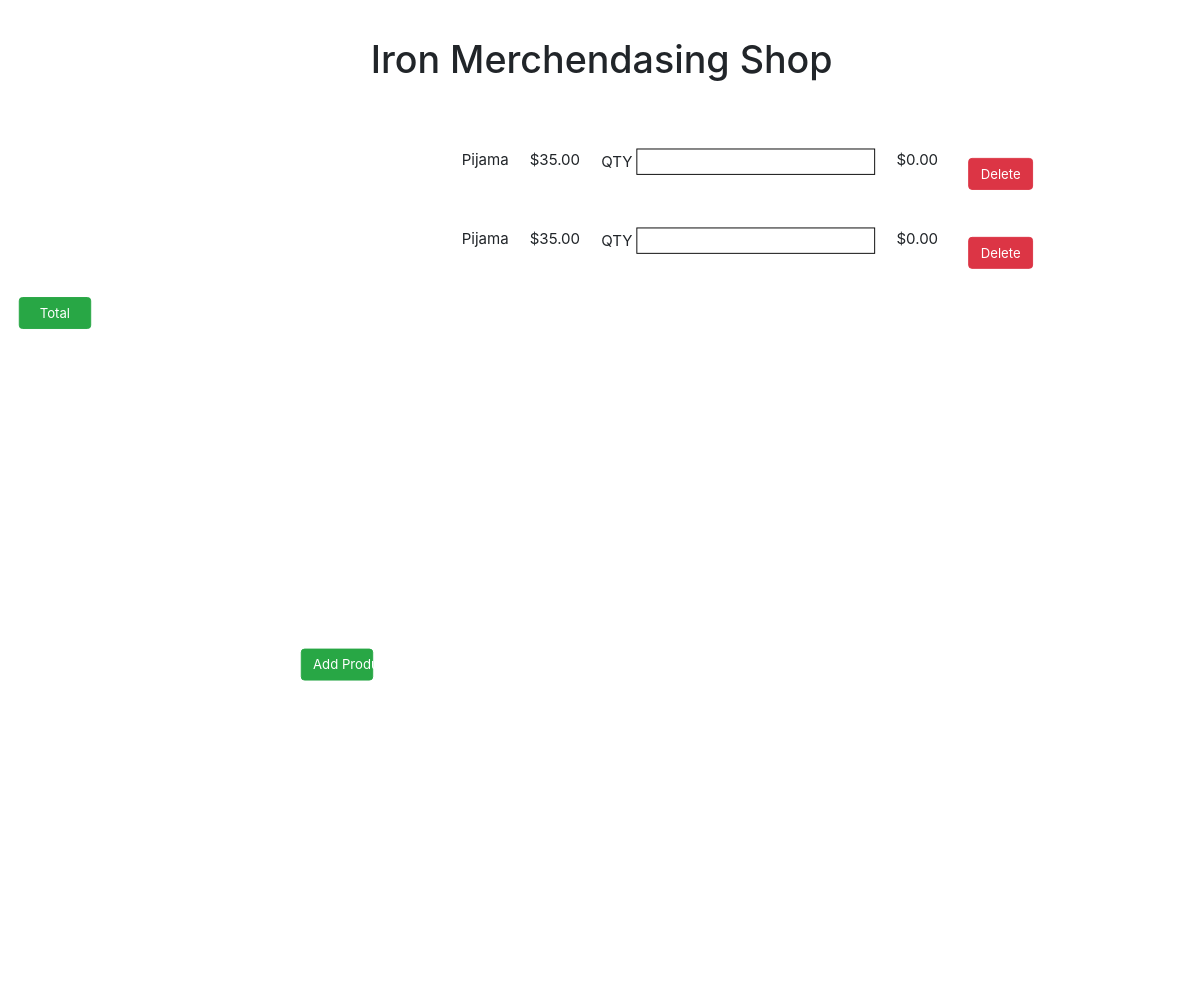
Repository: konstantin0s/lab-cart-DOM
Page: index.html
An editor plug-in stored every save of this project. The page is shown before and after the next save, followed by the edit.
The browser window is 1280 px wide. The pictures show the whole page, at 94% of full size.
Some web libraries are served in a nearby version.

Above is the page before, as saved 2019-02-03 09:44:39.
Console error: ReferenceError: getTotalPrice is not defined

### index.html
<!DOCTYPE html>
<html lang="en">
<head>
  <meta charset="UTF-8">
  <meta name="viewport" content="width=device-width, initial-scale=1.0">
  <meta http-equiv="X-UA-Compatible" content="ie=edge">
  <link rel="stylesheet" href="https://cdnjs.cloudflare.com/ajax/libs/normalize/5.0.0/normalize.min.css">
  <link rel="stylesheet" href="./css/style.css">
  <link rel="stylesheet" href="https://stackpath.bootstrapcdn.com/bootstrap/4.2.1/css/bootstrap.min.css">
  <title>Ironhack cart</title>
</head>

<body>
  <h1  class="title">Iron Merchendasing Shop</h1>
<!--
  <div class="container mt-4" id="amess">
    <h1 class="display-4 text-center">
      <i class="fas fa-book-open text-primary"></i>
      My <span class="text-primary">Products</span>List
      </h1>
      <form action="" id="product-form">
        <div class="form-group">
          <label for="product">Product</label>
          <input id="newProd" class="form-control" type="text">
        </div>
        <div class="form-group">
          <label for="price">$:</label>
          <input id="newPrice" class="form-control" type="text">
        </div>
        <div class="form-group">
          <label for="quantity">QTY</label>
          <input id="newQty" class="form-control" type="text">
        </div>
        <input type="submit" value="Add Product"
          class="btn btn-primary btn-block">
     </form>
        <table class="table table-striped">
          <thead>
            <tr>
              <th>Product:</th>
              <th class="fPrice">Price:</th>
              <th class="fQua">Quantity:</th>
              <th class="fTotal">Total:</th>
              <th></th>
            </tr>
          </thead>
            <tbody id="product-list"></tbody>
          </table>
  </div>   -->


  <div id="container">

      <div class="product">
        <div class="name">
          <span>Pijama</span>
        </div>
        <div class="price">
          $<span>35.00</span>
        </div>
        <div>
          <label>QTY</label>
          <input type="number" name="quantity" class="quantity">
        </div>
        <div class="sum">
          $<span>0.00</span>
        </div>
        <div class="remove">
            <button class="button btn-danger" type="button">Delete</button>
        </div>
      </div>

      <div class="product">
          <div class="name">
            <span>Pijama</span>
          </div>
          <div class="price">
            $<span>35.00</span>
          </div>
          <div>
            <label>QTY</label>
            <input type="number" name="quantity" class="quantity">
          </div>
          <div class="sum">
            $<span>0.00</span>
          </div>
          <div class="remove">
              <button class="button btn-danger" type="button">Delete</button>
          </div>
        </div>


    </div>

        <div class="container-2"></div>
     <div class="addBC-container">
      <div class="calculate">
         <button type="button" class="button btn-success" id="calc-prices-button">Total</button>
      </div>

    <div class="addPBtn">
      <button type="button" class="button btn-success" id="addExtra">Add Product</button>
    </div>

    <div class="newRowItems">

    </div>
    </div>
  </div>


      <script type="text/javascript" src="./js/index.js"></script>

</body>
</html>

### css/style.css

body{
  overflow-x: hidden;
}

.title {
  text-align: center;
  padding: 40px;
}

.container {
  display: flex;
  flex-direction: row;
}

input {
  border: solid 1px black;
}

.product {
  display: flex;
  flex-direction: row;
  justify-content: space-around;
  width: 50%;
  margin: 30px 0 0 480px;
}

.button {
  display: inline-block;
  padding: 6px 12px;
  margin-bottom: 0;
  font-size: 14px;
  font-weight: 400;
  line-height: 1.42857143;
  text-align: center;
  white-space: nowrap;
  vertical-align: middle;
  -ms-touch-action: manipulation;
  touch-action: manipulation;
  cursor: pointer;
  -webkit-user-select: none;
  -moz-user-select: none;
  -ms-user-select: none;
  user-select: none;
  background-image: none;
  border: 1px solid transparent;
  border-radius: 4px;
}

.btn-success {
    color: #fff;
    background-color: #5cb85c;
    border-color: #4cae4c;
}

.cost-1 {
  margin: 10px;

}

.input {
  margin: 10px;
}

.totalP-1 {
  margin: 10px;
}

.container-2 {
  display: flex;

}

/* add total & product container */
.addBC-container {
    display: flex;
    flex-direction: column;
}

/* Add new product button*/
.addPBtn {
  margin: 320px;
  display: flex;
  flex-direction: column;
  width: 6%;
}

/* total button*/
.calculate {
  margin: 20px;
  display: flex;
  flex-direction: column;
  width: 6%;
}

.remove {
  margin: 10px;
}

.btn-danger {
    color: #fff;
    background-color: #CF000F;
    border-color: #CF000F;
}

/* .quantity {
  margin: 0px 5px;
  height: 30px;
} */
/*
.newRowItems {
  display: flex;
  flex-direction: column;

}

.newRowItems p{
 position: relative;
 top: -40px;
 left: 175px;
}

.newRowItems .sexy{
  position: relative;
  top: -2x;
  left: 20px;
 }
 .newRowItems .quan {
  position: relative;
  top: -130px;
  left: 460px;
}

 .newRowItems input{
  position: relative;
  top: -91px;
  left: 190px;
 }


 .newRowItems .inputQua{
  position: relative;
  top: -80px;
  left: 380px;
 }

  .newRowItems .defPrice{
  position: relative;
  top: -210px;
  left: 845px;
 } */

 /* style new added new products*/
 /* #amess {
   display:flex;
   width:50%;
   height: 500px;
   flex-direction: column;
   /* align-items: center; */
   /* margin-bottom: 300px;
   left: -400px;
 } */

/*
.newRowItems button {
  position: relative;
  top: -253px;
  left: 890px;
  width: 70px;
  display: inline-block;
  padding: 6px 12px;
  margin-bottom: 0;
  font-size: 14px;
  font-weight: 400;
  line-height: 1.42857143;
  text-align: center;
  white-space: nowrap;
  vertical-align: middle;
  -ms-touch-action: manipulation;
  touch-action: manipulation;
  cursor: pointer;
  -webkit-user-select: none;
  -moz-user-select: none;
  -ms-user-select: none;
  user-select: none;
  background-image: none;
  border: 1px solid transparent;
  border-radius: 4px;

} */

### js/index.js

  document.getElementById("calc-prices-button").addEventListener("click", getTotalPrice);
  document.getElementById("addExtra").addEventListener("click", createNewItemRow);
  // document.getElementById("addExtra").addEventListener("click", createQuantityNode);
  // document.getElementById("addExtra").addEventListener("click", createQuantityInput);
  // document.getElementById("addExtra").addEventListener("click", getPriceByProduct);
  document.getElementById("addExtra").addEventListener("click",   createDeleteButton);
  // document.getElementById("calc-prices-button").addEventListener("click", calculatePriceProducts);

//         var clickedElement = event.target;
//         var parentElement = event.target.parentElement;

//         Retrieves the unit price of the productv
// Retrieves the quantity of items desired
// Calculates the total price based on this data
// Updates the total price in the DOM
// getPriceByProduct();

// var productsArray = document.getElementById('form').elements;
// // var productsArray = [...document.getElementById('form').children).elements];
// console.log(productsArray);

// function calculatePriceProducts() {
//   var result = 0;
//   productsArray.forEach(function(index) {
//     var priceItem = document.getElementsByClassName("cost-" + index.toString()).value;
//     var num = parseFloat(priceItem.replace(/[^0-9.]/g, ""));
//     var quantity = document.getElementsByClassName("total-" + index.toString()).value;
//     quantity = parseInt(quantity);
//     var total = quantity * num;
//     document.getElementsByClassName("totalP-" + num.toString()).innerHTML = total;
//     result += total;
//   })
//   document.getElementsByClassName("price2").textContext = result;
// }




function deleteItem(e){

}

function getPriceByProduct(itemNode){
  // var h5 = document.createElement("H5");                       // Create a <p> element
  // itemNode = document.createTextNode("$0 ");
  // h5.className = 'defPrice';     // Create a text node
  // h5.appendChild(itemNode);                                          // Append the text to <p>
  // document.getElementsByClassName("newRowItems")[0].appendChild(h5);
}


function updatePriceByProduct(productPrice, index){

}

// function getTotalPrice(result) {
//    var getQuantity = parseInt(document.getElementById('costUnit').value);
//    var getInput = parseInt(document.getElementById('quantity').value);
//    var result = getQuantity * getInput;

// //    var elements = document.getElementById("my-form").elements;
// //    for (var i = 0; i < elements.length; i++) {

// // }

//     if (!result) {
//     document.getElementsByClassName("totalP-1")[0].innerHTML = "Add Num";
//   } else {
//     document.getElementsByClassName("totalP-1")[0].innerHTML = "Total price is = $" + result;
//   }
// }




function createQuantityInput() {
// var label = document.createElement("LABEL");
// label.className = 'inputQua';
// var quaInput = document.createElement("INPUT");
// label.appendChild(quaInput);
// document.getElementsByClassName('newRowItems')[0].appendChild(label);
}

function createDeleteButton(){
// var button = document.createElement("BUTTON");
// button.className = 'button btn-delete';
// var quaDel = document.createTextNode("Delete");
// button.appendChild(quaDel);
// document.getElementsByClassName('newRowItems')[0].appendChild(button);
}

function createQuantityNode(){
  // var h5 = document.createElement("H5");
  // h5.className = 'quan';                       // Create a <p> element
  // var quaNode = document.createTextNode("Quantity: ");      // Create a text node
  // h5.appendChild(quaNode);                                          // Append the text to <p>
  // document.getElementsByClassName("newRowItems")[0].appendChild(h5);
}

function createItemNode(dataType, itemData){

}

function createNewItemRow(itemName, itemUnitPrice){
  // var h5 = document.createElement("H5");                       // Create a <p> element
  // itemName = document.createTextNode("Sexy Shirt: ");
  // h5.className = 'sexy';     // Create a text node
  // h5.appendChild(itemName);                                          // Append the text to <p>
  // document.getElementsByClassName("newRowItems")[0].appendChild(h5);

  // var label = document.createElement("LABEL");
  // var par = document.createElement("P");                       // Create a <p> element
  // var dollar = document.createTextNode("$");
  // par.appendChild(dollar);
  // itemUnitPrice = document.createElement("INPUT");
  // label.appendChild(itemUnitPrice);
  // document.getElementsByClassName('newRowItems')[0].appendChild(par);
  // document.getElementsByClassName('newRowItems')[0].appendChild(label);

}

function createNewItem(){

}

// window.onload = function(){
//   var calculatePriceButton = document.getElementById('calc-prices-button');
//   var createItemButton = document.getElementById('new-item-create');
//   var deleteButtons = document.getElementsByClassName('btn-delete');

//   calculatePriceButton.onclick = getTotalPrice;
//   createItemButton.onclick = createNewItem;

//   for(var i = 0; i<deleteButtons.length ; i++){
//     deleteButtons[i].onclick = deleteItem;
//   }
// };




// class Product {
//   constructor(name, price, quantity) {
//     this.name = name;
//     this.price = price;
//     this.quantity = quantity;
//   }
// }

// //local storage
// class Store {
//   static getProducts() {
//     var products;
//     if (localStorage.getItem('products') === null) {
//       products = [];
//     } else {
//       products = JSON.parse(localStorage.getItem('products'));
//     }

//     return products;
//   }

//   static addProduct(product) {
//      var products = Store.getProducts();
//        products.push(product);
//        localStorage.setItem('products', JSON.stringify(products));
//   }

//   static removeProduct(quantity) {
//     var products = Store.getProducts();
//     products.forEach((product, index) => {
//       if (product.quantity === quantity) {
//         products.splice(index, 1);
//       }
//     });

//     localStorage.setItem('products', JSON.stringify(products));

//   }
// }

// class UI {
//   static displayProducts() {

//      const products = Store.getProducts();

//      products.forEach((product) => UI.addProductToList(product));

//      }
//      static addProductToList(product) {
//       var list = document.querySelector("#product-list");
//       var  row = document.createElement("TR");
//       row.innerHTML = `
//       <td>${product.name}</td>
//       <td>${product.price}</td>
//       <td>${product.quantity}</td>
//       <td><a href="#" class="btn btn-danger btn-sm
//        delete">X</a></td>
//      `;

//       list.appendChild(row);
//   }

//   static deleteProduct(el) {
//     if (el.classList.contains("delete")) {
//         el.parentElement.parentElement.remove(); // deletes tr
//     }
//   }

//   static showAlert(message, className) {
//   var div = document.createElement('div');
//      div.className = `alert alert-${className}`;
//      div.appendChild(document.createTextNode(message));
//      var container = document.querySelector('#amess');
//      var form = document.querySelector('#product-form');
//      container.insertBefore(div, form);
//      setTimeout(() => document.querySelector('.alert').remove(), 3000);
//   }

//   static clearFields() {
//     const name = document.querySelector("#newProd").value = "";
//     const price = document.querySelector("#newPrice").value = "";
//     const quantity = document.querySelector("#newQty").value = "";
//   }
// }


// document.addEventListener("DOMContentLoaded", UI.displayProducts);

// document.querySelector("#product-form").addEventListener("submit", (e) => {
//   // e.preventDefault();
//   const name = document.querySelector("#newProd").value;
//   const price = document.querySelector("#newPrice").value;
//   const quantity = document.querySelector("#newQty").value;

//   //validate
//   if (name === '' || price === '' || quantity === '') {
//     UI.showAlert('please fill in all fields', 'danger');
//   } else {
//     const product = new Product(name, price, quantity);

//     UI.addProductToList(product);

//     //add product to Store
//     Store.addProduct(product);

//     UI.clearFields();
//   }


// });

// //delete product
// document.querySelector("#product-list").addEventListener("click", (e) => {
//   UI.deleteProduct(e.target);

//   //remove product from store
// Store.removeProduct(e.target.parentElement.previousElementSibling.textContent);

// });

After the next save:
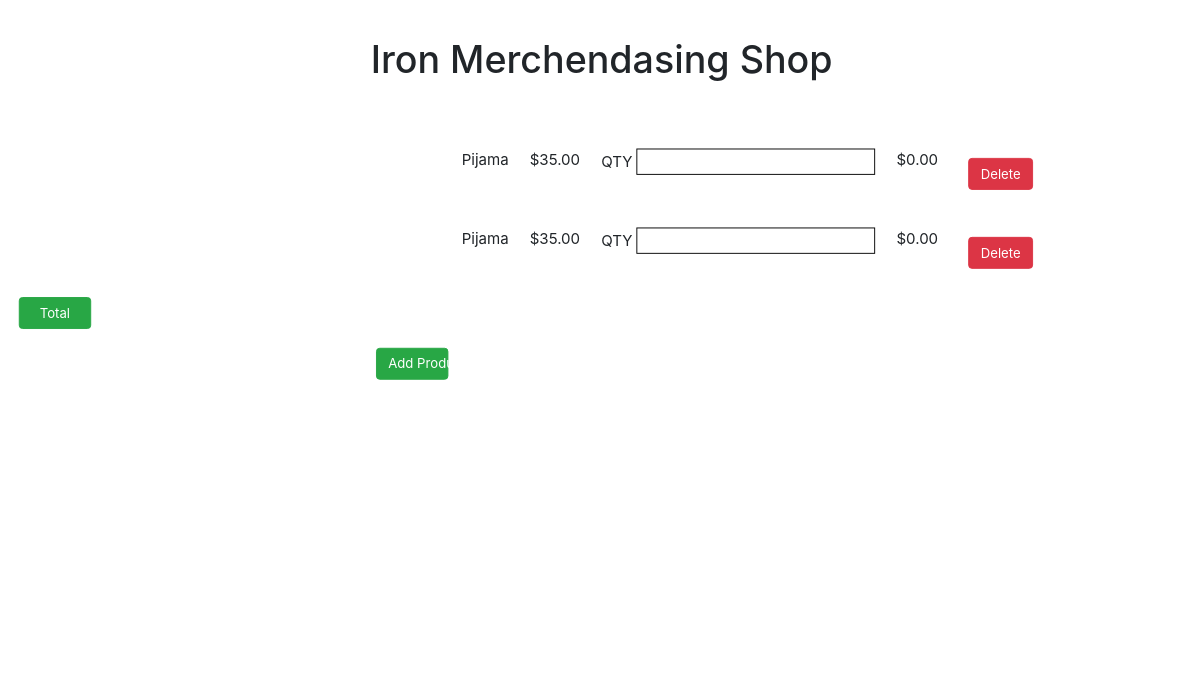
Saved 15 s later.
--- a/css/style.css
+++ b/css/style.css
@@ -79,7 +79,7 @@ input {
 
 /* Add new product button*/
 .addPBtn {
-  margin: 320px;
+  margin-left: 400px;
   display: flex;
   flex-direction: column;
   width: 6%;
